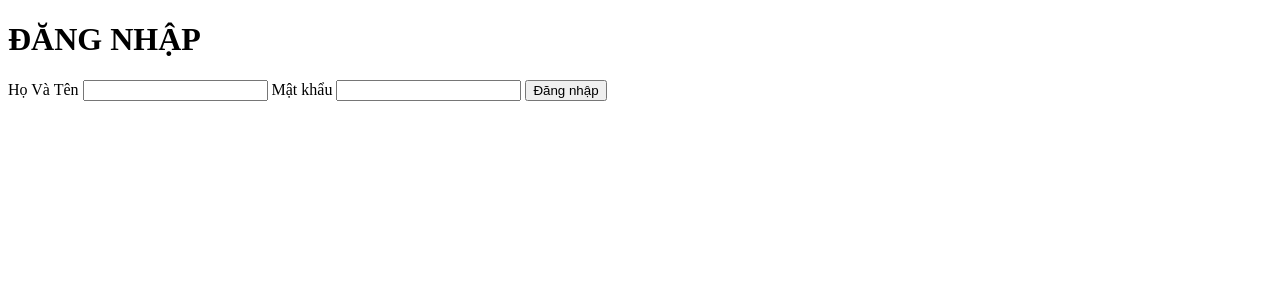
Repository: PhiKhongHoang/JSP-Servlet
Page: http://localhost/Bai9_BaiTapChuyenTiepThongTin1/login.jsp
These files come from the project's save history. The page is drawn as it stood at one moment and after the next save; the edit follows.
The browser window is 1280 px wide. The pictures show the whole page.
The page is served by Tomcat 9.

Above is the page before, as saved 2024-02-17 07:16:12.

After the next save:
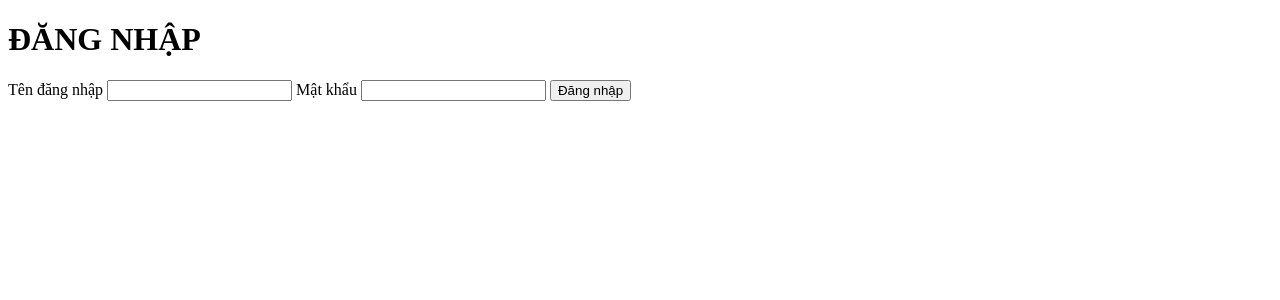
Saved 7 min 29 s later.
--- a/Bai9_BaiTapChuyenTiepThongTin1/src/main/webapp/login.jsp
+++ b/Bai9_BaiTapChuyenTiepThongTin1/src/main/webapp/login.jsp
@@ -9,8 +9,8 @@
 <body>
 	<form action="" method="post">
 		<h1>ĐĂNG NHẬP</h1>
-		<label for="hoVaTen">Họ Và Tên</label>
-		<input type="text" name="hoVaTen" id="hoVaTen">
+		<label for="tenDangNhap">Tên đăng nhập</label>
+		<input type="text" name="tenDangNhap" id="tenDangNhap">
 		<label for="password">Mật khẩu</label>
 		<input type="password" name="password" id="password">
 		<button type="submit">Đăng nhập</button>
